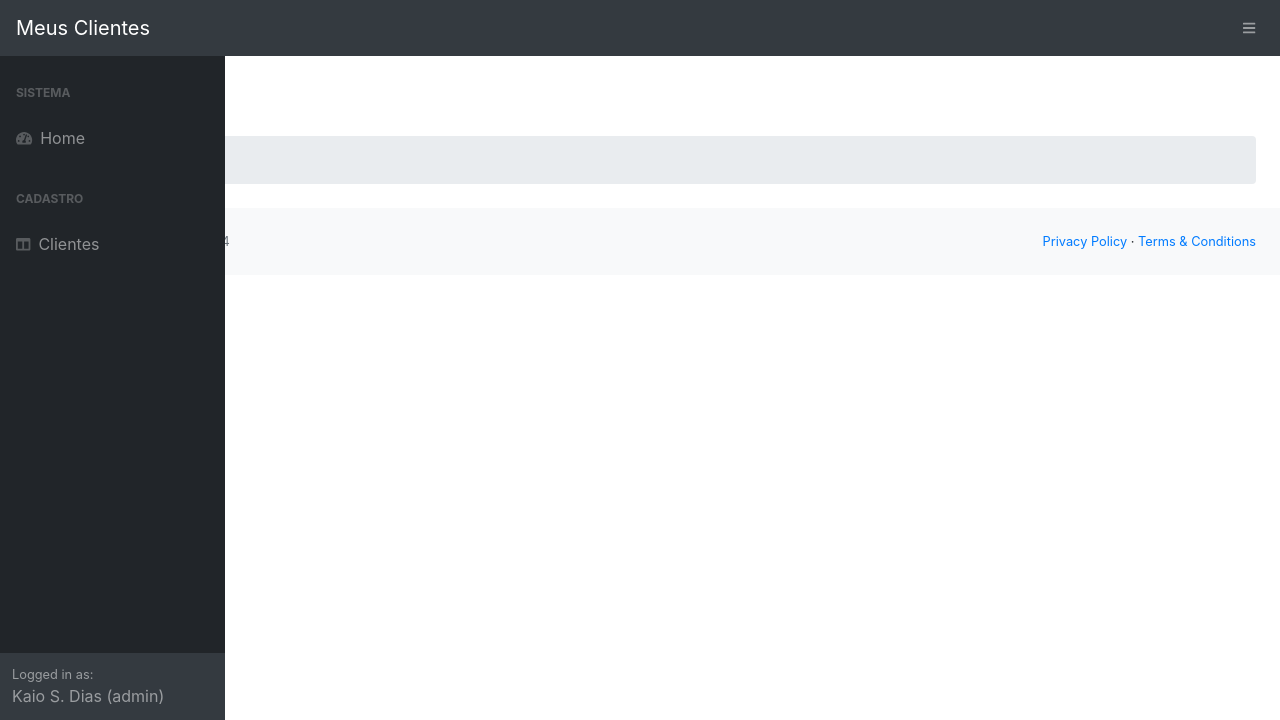
Repository: Kaio-Dias/Angular-Springboot
Page: /users-list (app in Frontend/clients-app/)
These files come from the project's save history. The page is drawn as it stood at one moment and after the next save; the edit follows.
The browser window is 1280 px wide. The pictures show the whole page.
Some web libraries are served in a nearby version. The project was rebuilt for these pictures with package versions that can differ from the ones it lists, and the page was loaded fresh each time. Also part of the build but not shown: Frontend/clients-app/angular.json, Frontend/clients-app/src/app/users/users-form/users-form.component.ts, Frontend/clients-app/src/app/users/UserModel.ts, Frontend/clients-app/src/app/home/home.component.ts.

Above is the page before, as saved 2024-07-09 11:30:38.

### Frontend/clients-app/src/index.html
<!doctype html>
<html lang="en">
<head>
  <meta charset="utf-8">
  <title>ClientsApp</title>
  <base href="/">
  <meta name="viewport" content="width=device-width, initial-scale=1">
  <link rel="icon" type="image/x-icon" href="favicon.ico">
  <script src="https://cdnjs.cloudflare.com/ajax/libs/font-awesome/5.11.2/js/all.min.js" crossorigin="anonymous"></script>
</head>
<body class="sb-nav-fixed">
  <app-root></app-root>
</body>
</html>

### Frontend/clients-app/src/app/app.component.ts
import { Component } from '@angular/core';
import { RouterModule, RouterOutlet } from '@angular/router';
import { routes } from './app.routes';
import { UsersService } from './users.service';
import { HttpClientModule } from '@angular/common/http';
import { CommonModule } from '@angular/common';

import { HomeComponent } from './home/home.component';
import {TemplateModule} from './template/template.module';
import {UsersModule} from './users/users.module';

@Component({
  selector: 'app-root',
  standalone: true,
  imports: [
    RouterOutlet,
    HomeComponent,
    TemplateModule,
    CommonModule,
    UsersModule,
    HttpClientModule
  ],
  providers:[
    UsersService
  ],
  templateUrl: './app.component.html',
  styleUrls: ['./app.component.css']
})
export class AppComponent {
  title = 'clients-app';
}

### Frontend/clients-app/src/app/app.routes.ts
import { Routes } from '@angular/router';
import { UsersFormComponent } from './users/users-form/users-form.component';
import { HomeComponent } from './home/home.component';
import { UsersListComponent } from './users/users-list/users-list.component';

export const routes: Routes = [
    { path: '', redirectTo: '/home', pathMatch: 'full' },
    { path: 'home', component: HomeComponent },
    { path: 'users-form', component: UsersFormComponent },
    { path: 'users-list', component: UsersListComponent },

];

### Frontend/clients-app/src/app/app.component.html
<app-navbar></app-navbar>
<div id="layoutSidenav">
  <app-sidebar></app-sidebar>
  <div id="layoutSidenav_content">
    <main>
      <div class="container-fluid">
        <router-outlet></router-outlet>
      </div>
      <footer class="py-4 bg-light mt-auto">
        <div class="container-fluid">
            <div class="d-flex align-items-center justify-content-between small">
                <div class="text-muted">Copyright &copy; Client Manager 2024</div>
                <div>
                    <a href="#">Privacy Policy</a>
                    &middot;
                    <a href="#">Terms &amp; Conditions</a>
                </div>
            </div>
        </div>
    </footer>
    </main>
  </div>
</div>

### Frontend/clients-app/src/app/users.service.ts
import { Injectable } from '@angular/core';
import { UserModel } from './users/UserModel';
import { HttpClient, HttpHeaders } from '@angular/common/http';
import { Observable } from 'rxjs';


@Injectable({
  providedIn: 'root'
})
export class UsersService {

  private user: UserModel[] = [];

  private apiUrl = 'http://localhost:8084/api/users';

  constructor(private http: HttpClient) {

  }
  //provavelmente seu User virará UserModel
  save(user:UserModel) : Observable<UserModel>{
    const headers = new HttpHeaders({'Content-Type': 'application/json'});
    return this.http.post<UserModel>(this.apiUrl, user, {headers})
  }

  getUsers() : UserModel[] {
    return this.user;
  }


  getUser(id: number): UserModel | undefined {
    return this.user.find(user => user.id === id);
  }

  addUser(user: UserModel): void {
    this.user.push(user);
  }

  removeUser(id: number): void {
    this.user = this.user.filter(user => user.id !== id);
  }
}

### Frontend/clients-app/src/app/template/template.module.ts
import { NgModule } from '@angular/core';
import { CommonModule } from '@angular/common';
import { NavbarComponent } from './navbar/navbar.component';
import {SidebarComponent } from './sidebar/sidebar.component';
import { RouterModule } from '@angular/router';



@NgModule({
  declarations: [],
  imports: [
    CommonModule,
    RouterModule,
    NavbarComponent,
    SidebarComponent
  ],
  exports: [
    NavbarComponent,
    SidebarComponent
  ]
})
export class TemplateModule { }

### Frontend/clients-app/src/app/users/users.module.ts
import { NgModule } from '@angular/core';
import { CommonModule } from '@angular/common';
import { FormsModule } from '@angular/forms'

import { UsersRoutingModule } from './users-routing.module';
import { UsersFormComponent } from './users-form/users-form.component';
import { UsersListComponent } from './users-list/users-list.component';


@NgModule({
  declarations: [],
  imports: [
    FormsModule,
    CommonModule,
    UsersRoutingModule,
    UsersFormComponent,
    UsersListComponent
  ],
  exports:[
    UsersFormComponent, UsersListComponent
  ]
})
export class UsersModule { }

### Frontend/clients-app/src/app/users/users-list/users-list.component.ts
import { Component, OnInit } from '@angular/core';
import { FormsModule } from '@angular/forms';
import { CommonModule } from '@angular/common';

import {UserModel} from '../UserModel';
import { UsersService } from '../../users.service'

@Component({
  selector: 'app-users-list',
  standalone: true,
  imports: [FormsModule, CommonModule],
  templateUrl: './users-list.component.html',
  styleUrl: './users-list.component.css'
})
export class UsersListComponent implements OnInit {

  users: UserModel[] = [];

  constructor(private userService: UsersService){

  }

  ngOnInit(): void {}

}

### Frontend/clients-app/src/app/template/navbar/navbar.component.ts
import { Component, AfterViewInit } from '@angular/core';

@Component({
  selector: 'app-navbar',
  standalone: true,
  imports: [],
  templateUrl: './navbar.component.html',
  styleUrl: './navbar.component.css'
})
export class NavbarComponent {

}

### Frontend/clients-app/src/app/users/users-routing.module.ts
import { NgModule } from '@angular/core';
import { RouterModule, Routes } from '@angular/router';
import { UsersFormComponent } from './users-form/users-form.component';

const routes: Routes = [
  { path: 'users-form', component: UsersFormComponent}
];

@NgModule({
  imports: [RouterModule.forChild(routes)],
  exports: [RouterModule]
})
export class UsersRoutingModule { }

### Frontend/clients-app/src/app/users/users-list/users-list.component.html
<h1 class="mt-4">Clientes</h1>
<ol class="breadcrumb mb-4">
    <li class="breadcrumb-item active">Consulta</li>
</ol>

### Frontend/clients-app/src/app/template/navbar/navbar.component.html
<nav class="sb-topnav navbar navbar-extend navbar-dark bg-dark">
    <a class="navbar-brand" href="#">Meus Clientes</a>
    <button class="btn btn-link btn-sm order-1 order-lg-0" id="sidebarToggle">
        <i class="fas fa-bars"></i>
    </button>
</nav>

### Frontend/clients-app/src/app/template/sidebar/sidebar.component.html
<div id="layoutSidenav">
    <div id="layoutSidenav_nav">
        <nav class="sb-sidenav accordion sb-sidenav-dark" id="sidenavAccordion">
            <div class="sb-sidenav-menu">
                <div class="nav">
                    <div class="sb-sidenav-menu-heading">Sistema</div>
                    <a class="nav-link" href="/home"
                        ><div class="sb-nav-link-icon"><i class="fas fa-tachometer-alt"></i></div>
                        Home</a
                    >
                    <div class="sb-sidenav-menu-heading">Cadastro</div>
                    <a class="nav-link collapsed" href="/users-list" data-toggle="collapse" data-target="#collapseLayouts" aria-expanded="false" aria-controls="collapseLayouts"
                        ><div class="sb-nav-link-icon"><i class="fas fa-columns"></i></div>
                        Clientes
                    </a>
                    <div class="collapse" id="collapseLayouts" aria-labelledby="headingOne" data-parent="#sidenavAccordion">
                        <nav class="sb-sidenav-menu-nested nav"><a class="nav-link" href="layout-static.html">Static Navigation</a><a class="nav-link" href="layout-sidenav-light.html">Light Sidenav</a></nav>
                    </div>
                    </div>
                </div>
            <div class="sb-sidenav-footer">
                <div class="small">Logged in as:</div>
                Kaio S. Dias (admin)
            </div>
        </nav>
    </div>

Loaded but not shown: Frontend/clients-app/src/styles.css (library); Frontend/clients-app/src/main.ts (common file); Frontend/clients-app/src/app/app.config.ts (common file); Frontend/clients-app/src/app/app.component.css (library); Frontend/clients-app/src/app/template/sidebar/sidebar.component.ts (common file); Frontend/clients-app/src/app/template/navbar/navbar.component.css (no stored copy; drawn as an empty file); Frontend/clients-app/src/app/template/sidebar/sidebar.component.css (no stored copy; drawn as an empty file); Frontend/clients-app/src/app/users/users-list/users-list.component.css (no stored copy; drawn as an empty file)

After the next save:
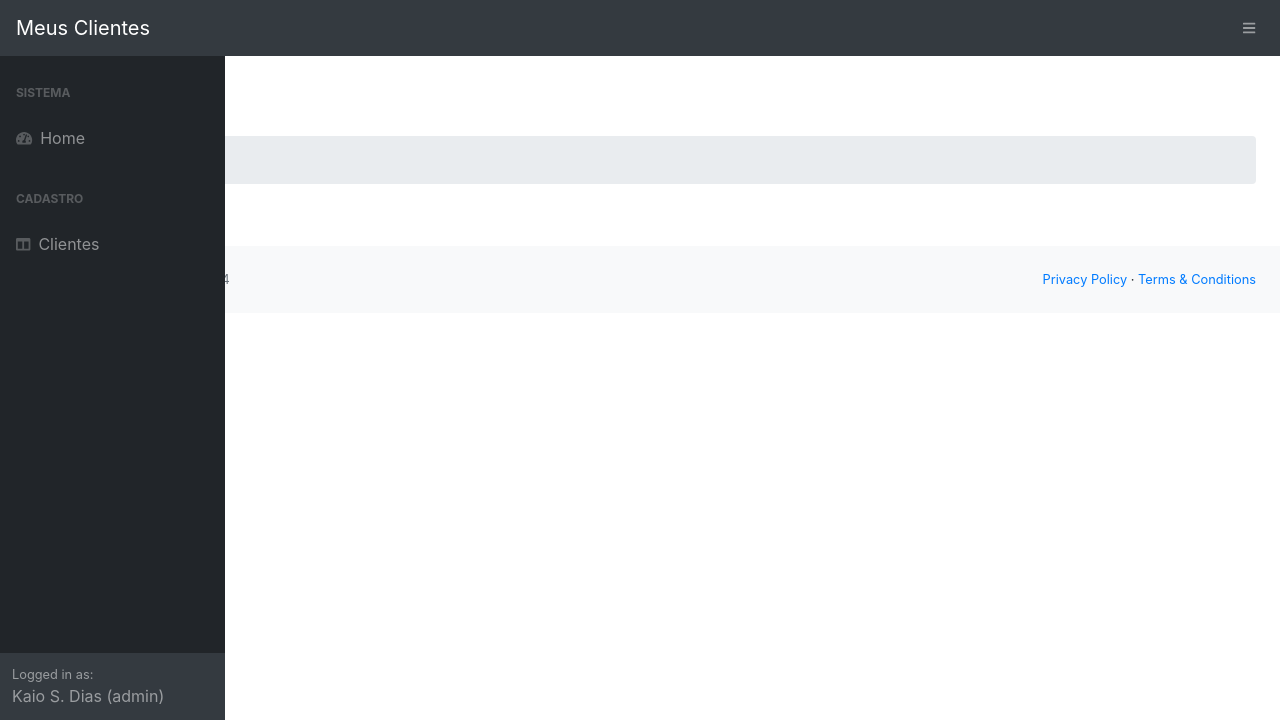
Saved 2 min 24 s later.
--- a/Frontend/clients-app/src/app/users/users-list/users-list.component.html
+++ b/Frontend/clients-app/src/app/users/users-list/users-list.component.html
@@ -2,3 +2,10 @@
 <ol class="breadcrumb mb-4">
     <li class="breadcrumb-item active">Consulta</li>
 </ol>
+<div class="row">
+    <div class="col-md-2">
+        <button class="btn btn-warning">
+            <i class="fa fa-plus"></i>Novo
+        </button>
+    </div>
+</div>
